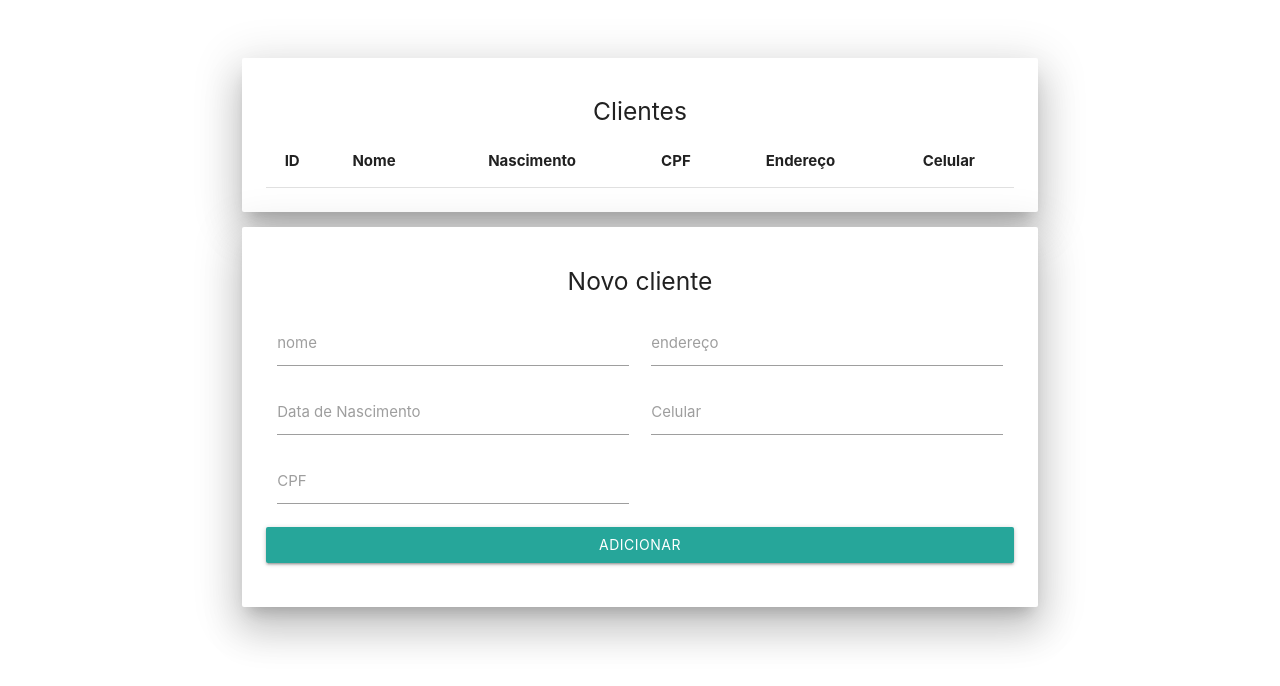
Repository: luizasilveira/TechWeb
Page: http://localhost/techWebP1/lista.jsp
The author's editor kept a copy of each file at every save. The page is drawn from the files as they stood at one save, then again after the next save.
The browser window is 1280 px wide. The pictures show the whole page.
The page is served by Tomcat 9. Other server files are loaded and not shown. Queries for data that is not in the repository find no rows.

Above is the page before, as saved 2019-09-09 14:30:05.

### Projeto1/techWebP1/WebContent/lista.jsp
<%@ page language="java" contentType="text/html; charset=ISO-8859-1"
	pageEncoding="ISO-8859-1"%>
<!DOCTYPE html>
<html>
<head>



<meta charset="ISO-8859-1">
<title>Insert title here</title>
<link href="https://fonts.googleapis.com/icon?family=Material+Icons"
	rel="stylesheet">
<!--Import materialize.css-->
<link rel="stylesheet"
	href="https://cdnjs.cloudflare.com/ajax/libs/materialize/1.0.0/css/materialize.min.css">



<style>
body {
  width: 70%;
  margin: auto;
  padding: 50px;
  text-align: center;
}
</style>
</head>
<body>
<div class="card-panel z-depth-5">
<h5 class="center">Clientes</h5>
	<%@ page import="java.util.*,techWebP1.*"%>
	<table class ="centered">




	<thead>
			<tr>
			<th>ID</th>
				<th>Nome</th>
				<th>Nascimento</th>
				<th>CPF</th>
				<th>Endereço</th>
				<th>Celular</th>
			</tr>
		</thead>

		<%
			DAO dao = new DAO();
			List<Clients> clientes = dao.getClientes();
			for (Clients cliente : clientes) {
		%>


		<tbody>
				<tr>

					<td><%=cliente.getId()%></td>
					<td><%=cliente.getName()%></td>
					<td><%=cliente.getBirth()%></td>
					<td><%=cliente.getCPF()%></td>
					<td><%=cliente.getAdress()%></td>
					<td><%=cliente.getCelphone()%></td>

					<td>
						<form action="./RemoveClient" method="post">
							<input  type="submit" value="Delete" >
							<input class = "hide" type="text" value="<%=cliente.getId()%>" name = "id" >
						</form>
					</td>

					<td>
						<form action="./ShowData" method="post">
							<input  type="submit" value="Edit" >
							<input class = "hide" type="text" value="<%=cliente.getId()%>" name = "id" >
						</form>
					</td>



				</tr>


				<%
					}
				%>
		</tbody>
	</table>
</div>

<form action="./UpdateClient" method="post">

		<div class="card-panel z-depth-5" >
		<h5 class="center">Novo cliente</h5>
			<div class="row">
				<div class="col s6">


					<div class="input-field">
						<input type="text" name="nome"> <label>nome</label>
					</div>


					<div class="input-field">
						<!--<i class="material-icons prefix">lock</i>-->
						<input type="text" name="nascimento"> <label>Data
							de Nascimento</label>
					</div>

					<div class="input-field">
						<!--<i class="material-icons prefix">vpn_key</i>-->
						<input type="text" name="CPF"> <label>CPF</label>
					</div>
				</div>

				<div class="col s6">
					<div class="input-field">
						<!--<i class="material-icons prefix">vpn_key</i>-->
						<input type="text" name="endereço"> <label>endereço</label>
					</div>

					<div class="input-field">
						<!--<i class="material-icons prefix">vpn_key</i>-->
						<input type="text" name="celular"> <label>Celular</label>
					</div>
				</div>


				<!--<p class="right">Already have an account? <a href="#login" class="modal-trigger">login</a></p>-->
				<input type="submit" name="submit" value="Adicionar"
					class="btn left col s12">

				<div class="clearfix"></div>

			</div>
		</div>
	</form>
	<script src="https://code.jquery.com/jquery-1.12.0.min.js"></script>
	<script
		src="https://cdnjs.cloudflare.com/ajax/libs/materialize/1.0.0/js/materialize.min.js"></script>


</body>
</html>

### Projeto1/techWebP1/src/techWebP1/DAO.java
package techWebP1;

import java.sql.Connection;
import java.sql.DriverManager;
import java.sql.PreparedStatement;
import java.sql.ResultSet;
import java.sql.SQLException;
import java.util.ArrayList;
import java.util.List;

public class DAO {

	private Connection connection = null;

	public DAO() {
		try {
			Class.forName("com.mysql.cj.jdbc.Driver");
		} catch (ClassNotFoundException e) {
			// TODO Auto-generated catch block
			e.printStackTrace();
		}
		try {
			connection = DriverManager.getConnection(
					"jdbc:mysql://localhost/projeto1?useTimezone=true&serverTimezone=UTC","root","lulu0147");
		} catch (SQLException e) {
			// TODO Auto-generated catch block
			e.printStackTrace();
		}
	}

	public List<Clients> getClientes() {

		List<Clients> clients = new ArrayList<Clients>();
		PreparedStatement stmt = null;
		try {
			stmt = connection.prepareStatement("SELECT * FROM CadastroCliente");
		} catch (SQLException e) {
			// TODO Auto-generated catch block
			e.printStackTrace();
		}
		ResultSet rs = null;
		try {
			rs = stmt.executeQuery();
		} catch (SQLException e) {
			// TODO Auto-generated catch block
			e.printStackTrace();
		}
		try {
			while (rs.next()) {
				Clients client = new Clients();
				client.setId(rs.getInt("id"));
				client.setName(rs.getString("Nome"));
				client.setBirth(rs.getString("Nascimento"));
				client.setCPF(rs.getString("CPF"));
				client.setAdress(rs.getString("Endereço"));
				client.setCelphone(rs.getString("Celular"));
				clients.add(client);
			}
		} catch (SQLException e) {
			// TODO Auto-generated catch block
			e.printStackTrace();
		}
		try {
			rs.close();
		} catch (SQLException e) {
			// TODO Auto-generated catch block
			e.printStackTrace();
		}
		try {
			stmt.close();
		} catch (SQLException e) {
			// TODO Auto-generated catch block
			e.printStackTrace();
		}
		return clients;

	}

	public void adiciona(Clients client) {
		String sql = "INSERT INTO CadastroCliente" +
		"(Nome,Nascimento,CPF,Endereço,Celular) values(?,?,?,?,?)";
		PreparedStatement stmt = null;
		try {
			stmt = connection.prepareStatement(sql);
		} catch (SQLException e) {
			// TODO Auto-generated catch block
			e.printStackTrace();
		}
		try {
			stmt.setString(1,client.getName());
		} catch (SQLException e) {
			// TODO Auto-generated catch block
			e.printStackTrace();
		}
		try {
			stmt.setString(2, client.getBirth());
		} catch (SQLException e) {
			// TODO Auto-generated catch block
			e.printStackTrace();
		}

		try {
			stmt.setString(3,client.getCPF());
		} catch (SQLException e) {
			// TODO Auto-generated catch block
			e.printStackTrace();
		}

		try {
			stmt.setString(4,client.getAdress());
		} catch (SQLException e) {
			// TODO Auto-generated catch block
			e.printStackTrace();
		}

		try {
			stmt.setString(5,client.getCelphone());
		} catch (SQLException e) {
			// TODO Auto-generated catch block
			e.printStackTrace();
		}

		try {
			stmt.execute();
		} catch (SQLException e) {
			// TODO Auto-generated catch block
			e.printStackTrace();
		}

		try {
			stmt.close();
		} catch (SQLException e) {
			// TODO Auto-generated catch block
			e.printStackTrace();
		}
		}

	public void remove(Integer id) {
		PreparedStatement stmt = null;
		try {
			stmt = connection
			 .prepareStatement("DELETE FROM CadastroCliente WHERE id=?");
		} catch (SQLException e) {
			// TODO Auto-generated catch block
			e.printStackTrace();
		}
		try {
			stmt.setLong(1, id);
		} catch (SQLException e) {
			// TODO Auto-generated catch block
			e.printStackTrace();
		}
		try {
			stmt.execute();
		} catch (SQLException e) {
			// TODO Auto-generated catch block
			e.printStackTrace();
		}
		try {
			stmt.close();
		} catch (SQLException e) {
			// TODO Auto-generated catch block
			e.printStackTrace();
		}
		}

	public void altera(Clients cliente) {
		String sql = "UPDATE CadastroCliente SET " +
		 "Nome=?, Nascimento=?, CPF=?,Endereço=?, Celular=? WHERE id=?";
		PreparedStatement stmt = null;
		try {
			stmt = connection.prepareStatement(sql);
		} catch (SQLException e1) {
			// TODO Auto-generated catch block
			e1.printStackTrace();
		}
		try {
			stmt.setString(1, cliente.getName());
		} catch (SQLException e1) {
			// TODO Auto-generated catch block
			e1.printStackTrace();
		}
		try {
			stmt.setString(2, cliente.getBirth());
		} catch (SQLException e1) {
			// TODO Auto-generated catch block
			e1.printStackTrace();
		}
		try {
			stmt.setString(3, cliente.getCPF());
		} catch (SQLException e1) {
			// TODO Auto-generated catch block
			e1.printStackTrace();
		}
		try {
			stmt.setString(4, cliente.getAdress());
		} catch (SQLException e1) {
			// TODO Auto-generated catch block
			e1.printStackTrace();
		}
		try {
			stmt.setString(5, cliente.getCelphone());
		} catch (SQLException e1) {
			// TODO Auto-generated catch block
			e1.printStackTrace();
		}
		try {
			stmt.setInt(6, cliente.getId());
		} catch (SQLException e) {
			// TODO Auto-generated catch block
			e.printStackTrace();
		}
		try {
			stmt.execute();
		} catch (SQLException e) {
			// TODO Auto-generated catch block
			e.printStackTrace();
		}
		try {
			stmt.close();
		} catch (SQLException e) {
			// TODO Auto-generated catch block
			e.printStackTrace();
		}
		}

	public void show(Integer id) {
		PreparedStatement stmt = null;
		try {
			stmt = connection
			 .prepareStatement("SELECT FROM CadastroCliente WHERE id=?");
		} catch (SQLException e) {
			// TODO Auto-generated catch block
			e.printStackTrace();
		}
		try {
			stmt.setLong(1, id);
		} catch (SQLException e) {
			// TODO Auto-generated catch block
			e.printStackTrace();
		}
		try {
			stmt.execute();
		} catch (SQLException e) {
			// TODO Auto-generated catch block
			e.printStackTrace();
		}
		try {
			stmt.close();
		} catch (SQLException e) {
			// TODO Auto-generated catch block
			e.printStackTrace();
		}
		}

	public void close() {

		try {
			connection.close();
		} catch (SQLException e) {
			// TODO Auto-generated catch block
			e.printStackTrace();
		}

	}


}

After the next save:
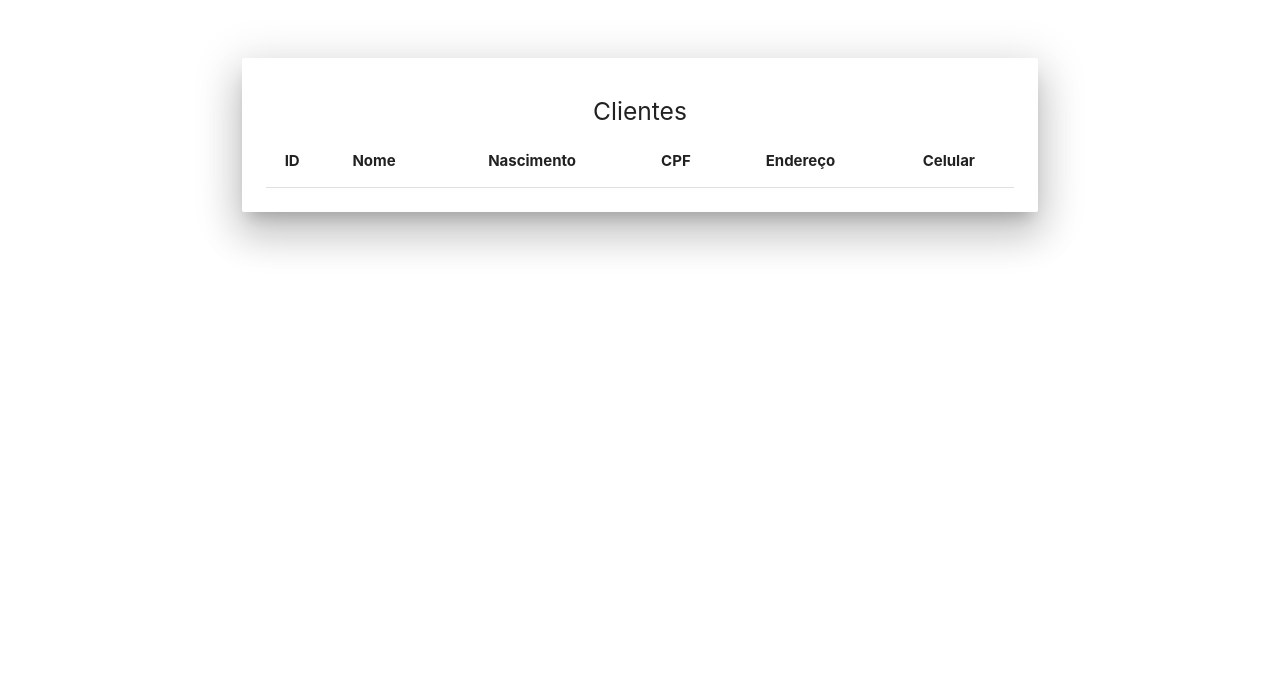
Saved 54 s later.
--- a/Projeto1/techWebP1/WebContent/lista.jsp
+++ b/Projeto1/techWebP1/WebContent/lista.jsp
@@ -88,53 +88,7 @@ body {
 	</table>
 </div>
 
-<form action="./UpdateClient" method="post">
 
-		<div class="card-panel z-depth-5" >
-		<h5 class="center">Novo cliente</h5>
-			<div class="row">
-				<div class="col s6">
-
-
-					<div class="input-field">
-						<input type="text" name="nome"> <label>nome</label>
-					</div>
-
-
-					<div class="input-field">
-						<!--<i class="material-icons prefix">lock</i>-->
-						<input type="text" name="nascimento"> <label>Data
-							de Nascimento</label>
-					</div>
-
-					<div class="input-field">
-						<!--<i class="material-icons prefix">vpn_key</i>-->
-						<input type="text" name="CPF"> <label>CPF</label>
-					</div>
-				</div>
-
-				<div class="col s6">
-					<div class="input-field">
-						<!--<i class="material-icons prefix">vpn_key</i>-->
-						<input type="text" name="endereço"> <label>endereço</label>
-					</div>
-
-					<div class="input-field">
-						<!--<i class="material-icons prefix">vpn_key</i>-->
-						<input type="text" name="celular"> <label>Celular</label>
-					</div>
-				</div>
-
-
-				<!--<p class="right">Already have an account? <a href="#login" class="modal-trigger">login</a></p>-->
-				<input type="submit" name="submit" value="Adicionar"
-					class="btn left col s12">
-
-				<div class="clearfix"></div>
-
-			</div>
-		</div>
-	</form>
 	<script src="https://code.jquery.com/jquery-1.12.0.min.js"></script>
 	<script
 		src="https://cdnjs.cloudflare.com/ajax/libs/materialize/1.0.0/js/materialize.min.js"></script>
